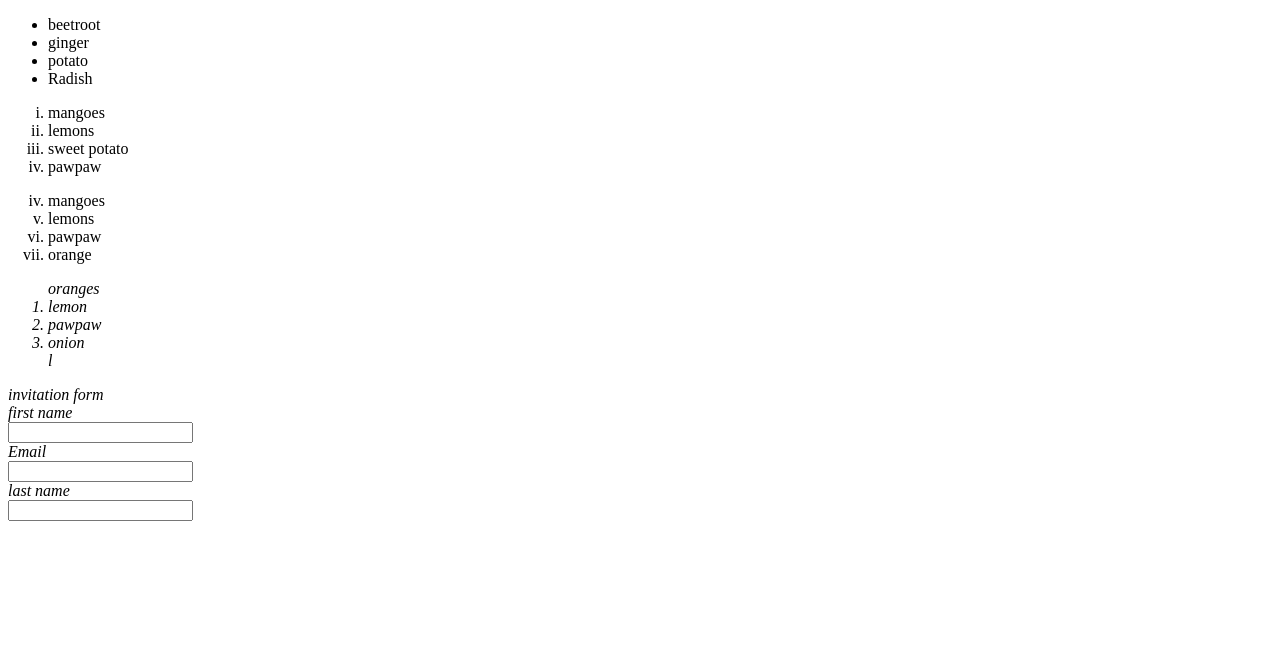
Repository: Okwahi/first--code-lessons
Page: Rinato.html
An editor plug-in stored every save of this project. The page is shown before and after the next save, followed by the edit.
The browser window is 1280 px wide. The pictures show the whole page.

Above is the page before, as saved 2023-03-09 11:52:12.

### Rinato.html
<!DOCTYPE html>
<html lang="en">
<head>
    <meta charset="UTF-8">
    <meta http-equiv="X-UA-Compatible" content="IE=edge">
    <meta name="viewport" content="width=device-width, initial-scale=1.0">
    <title>Document</title>
    <link rel="stylesheet" href="/Rinato.css">
</head>
<body>
    <ul type="triangle">
        <li>beetroot</li>
        <li>ginger</li>
        <li>potato</li>
        <li>Radish</li>
    </ul>
    <ol type="i">
        <li> mangoes</li>
        <li>lemons</li>
        <li>sweet potato</li>
        <li>pawpaw</li>

    </ol>
    <ol type="i" start="4">
        <li>mangoes</li>
        <li>lemons</li>
        <li>pawpaw</li>
        <li>orange</li>
    </ol>
    <ol type="1">
        <i>oranges</li>
        <li>lemon</li>
        <li>pawpaw</li>
        <li>onion</li>l
    </ol>
    <ul>


    </ul>
    <form action=""> invitation form <br>
        <label for="first name"> first name</label><br>
        <input type="text" id="first name" name="first name"><br>
        <label for="Email">Email</label><br>
        <input type="Email" id="Email" name="Email"><br>
        <label for="last name">last name</label><br>
        <input type="text" id="last name"><br>
    </form>

Loaded but not shown: Rinato.css (common file)

After the next save:
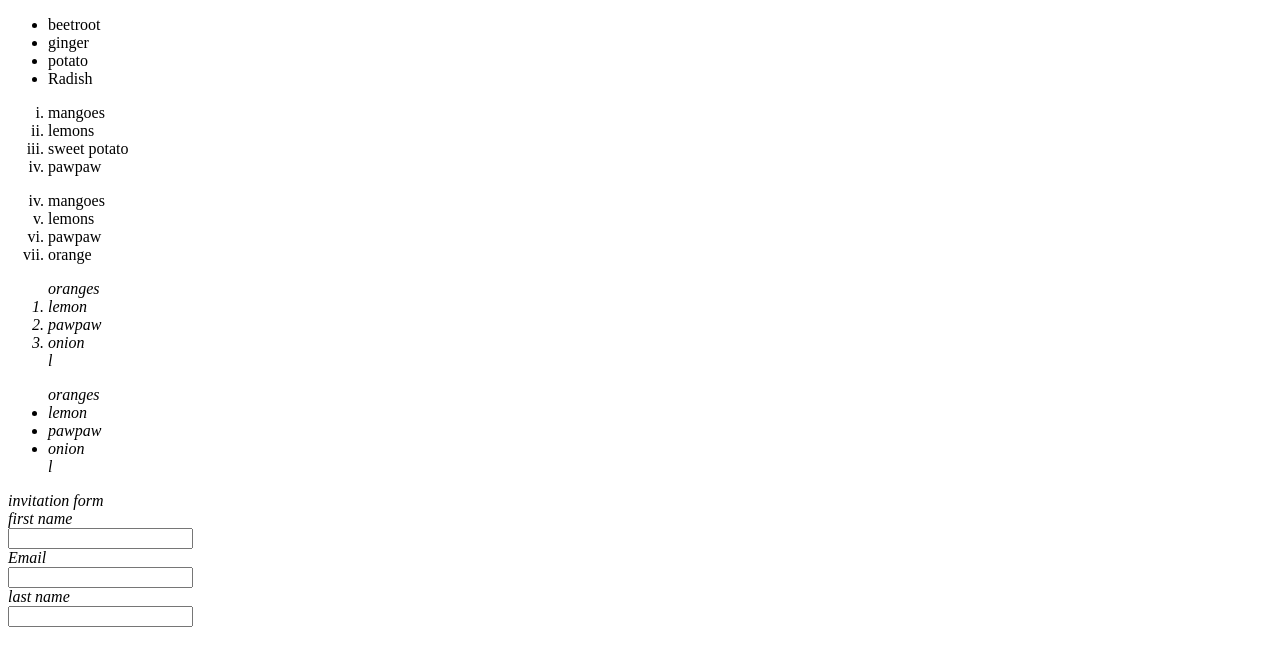
Saved 18 s later.
--- a/Rinato.html
+++ b/Rinato.html
@@ -34,7 +34,10 @@
         <li>onion</li>l
     </ol>
     <ul>
-
+        <i>oranges</li>
+            <li>lemon</li>
+            <li>pawpaw</li>
+            <li>onion</li>l
 
     </ul>
     <form action=""> invitation form <br>
